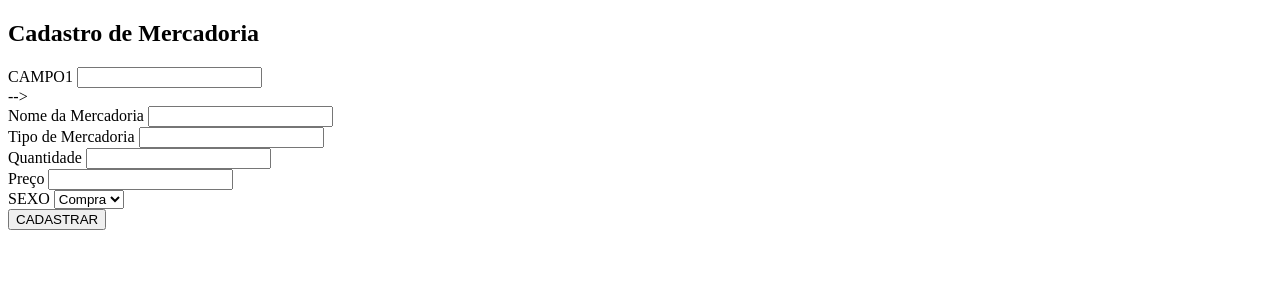
Repository: felipedischer/valemobi
Page: http://localhost/Valemobi/
These files come from the project's save history. The page is drawn as it stood at one moment and after the next save; the edit follows.
The browser window is 1280 px wide. The pictures show the whole page.
The page is served by Tomcat 9.

Above is the page before, as saved 2016-09-28 03:08:53.

After the next save:
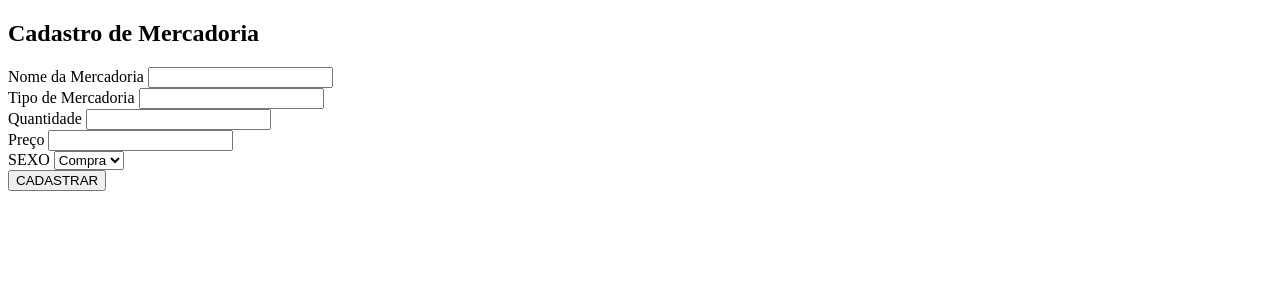
Saved 93 s later.
--- a/Valemobi/WebContent/index.jsp
+++ b/Valemobi/WebContent/index.jsp
@@ -13,11 +13,7 @@
 			<form action="contatoservlet" method="post">
 				<h2>Cadastro de Mercadoria</h2>
 
-					<div class="grupo">
-						<label for="campo1">CAMPO1</label>
-						<input type="text" id="campo1" name="campo1">
-					</div>
-				-->
+
 				<div class="grupo">
 					<label for="campo1">Nome da Mercadoria</label>
 					<input type="text" id="campo1" name="nome">
